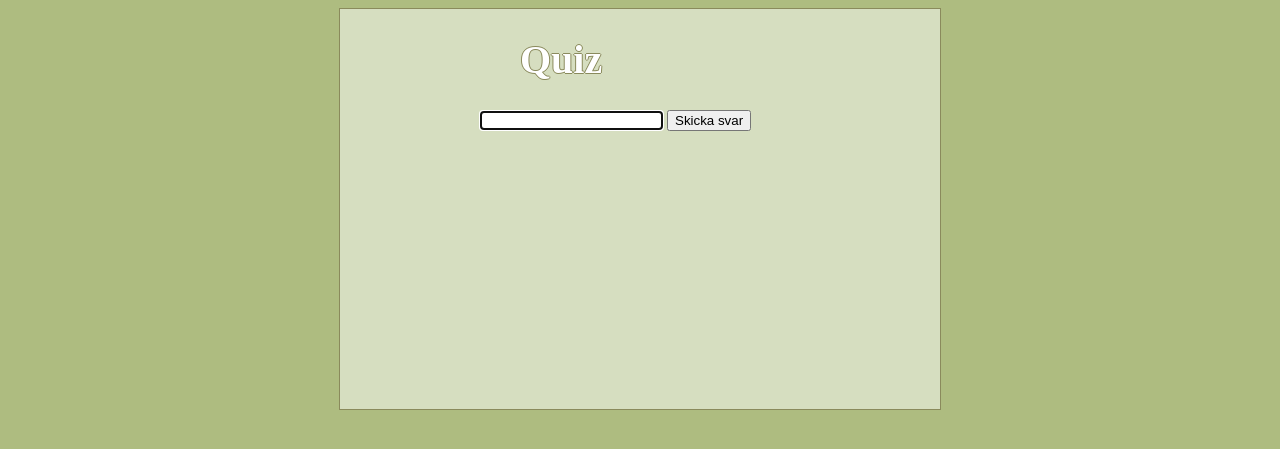
Repository: JuliaSivartsson/1dv403-jsigc09-laborationer
Page: 4-thequiz/index.html
The author's editor kept a record of every edit. The page is drawn from the files as they stood at one moment, then again after the next edit.
The browser window is 1280 px wide. The pictures show the whole page.
The page's requests for data from a server got no answer.

Above is the page before.

### 4-thequiz/index.html
<!DOCTYPE html>
<html>
    <head>
        <meta charset="UTF-8" />
        <link rel="stylesheet" type="text/css" href="css/style.css">
        <title>Quiz</title>
    </head>
    <body>
        <div id="content">
        <h1>Quiz</h1>
            <form>
                <input type="input" id="svar"></textarea>
                <input type="button" id="answerbutton" value="Skicka svar"/>
            </form>
            </div>
    <script src="js/script.js"></script>

    </body>
</html>

### 4-thequiz/css/style.css
body{
    background-color: #AEBC80;
       font-family: serif;
       color: #8A8A5C;
}

h1{
   color: #fff;
   margin-left: 180px;
   font-size: 40px;
    text-shadow: -1px 0 #8A8A5C, 0 1px #8A8A5C, 1px 0 #8A8A5C, 0 -1px #8A8A5C;
}

#content{
    width: 600px;
    height: 400px;
    margin: 0 auto;
    border: 1px solid #8A8A5C;
    background-color: #D6DEC0;

}

#text{
    width: 520px;
    height: 220px;
    background-color: #fff;
    margin: 10px 20px 0 40px;
}

#text p{
    font-size: 15px;
    margin: 0 30px;
    padding-top: 10px;
}


#svar{
    border: 1px solid #000;
    position: relative;
    margin-left: 140px;
}

footer{
    position: relative;
    top: -330px;
    width: 500px;
    height: 30px;
    margin: 0 auto;
}

footer p{
    font-size: 12px;
    font-style: italic;
    text-align: center;
}

.right{
    float: right;
    margin-right: 10px;
}

#answerbutton{

}

.popupWindow{
    text-align: center;
    height: 50px;
}

.wrongAnswer{
    margin: 0 auto;
    width: 200px;
    margin-bottom: 10px;
    text-align: center;
    color: #fff;
    background-color: #800000;
}

.scoreDiv{
    text-align: center;
    margin-bottom: 10px;
}

.awesome{
    text-align: center;
    background-color: #3D991F;
    width: 500px;
    margin: 0 auto;
    color: #fff;
    margin-bottom: 10px;
}

.hidden{
    display: none;
}

### 4-thequiz/js/script.js
"use strict";
window.onload = function(){
    new Quest();
};


function Quest(){
    this.nextURL;
    this.contentDiv = document.getElementById("content");
    this.questionArray;
    this.createHTML();
    this.init();

}

Quest.prototype.createHTML = function(){
        var div = document.createElement("div");
        div.id = "question";
        div.className = "popupWindow";
        this.contentDiv.appendChild(div);

        var wrongDiv = document.createElement("div");
        wrongDiv.id = "wrongAnswer";
        wrongDiv.className ="wrongAnswer";

        this.contentDiv.appendChild(wrongDiv);
};

Quest.prototype.init = function (){
    var count = 1;
    this.questionArray = [];
    document.getElementById("svar").focus();
    this.getQuestion("http://vhost3.lnu.se:20080/question/1", count);
};

Quest.prototype.getScore = function(){

    var div = document.createElement("div");
    this.contentDiv.appendChild(div);
    div.className = "scoreDiv";

    var awesomeDiv = document.createElement("div");
    awesomeDiv.className = "awesome";


    var number = 0;
    var score = 0;
    var arrayLength = this.questionArray.length;

        this.questionArray.forEach(function(entry){
            number++;
            div.innerHTML += div.innerHTML = "Fråga: "+number+ ", antal gissningar: "+entry.score+"</br>";
            score += entry.score;
        });

    if(score == arrayLength){
        awesomeDiv.innerHTML = "Du klarade alla frågor på ett försök! Awesome!";
        div.appendChild(awesomeDiv);
    }

    var button = document.getElementById("answerbutton");
    button.onclick = function(){
      return false;
    };


};

Quest.prototype.getQuestion = function (url, count){
    // Här hämtar vi fråga från servern samt skickar nextURL till sendQuestion()
    var that = this;
        var xhr = new XMLHttpRequest();

        xhr.onreadystatechange = function (){

        //Indikerar att vi har fått ett svar
        if(xhr.readyState === 4){
            if(xhr.status == 200){

                var div = document.getElementById("question");

                div.innerHTML = '';

                var question = JSON.parse(xhr.responseText);
                that.popup("Fråga: " + question.question);
                console.log(question.id);

                //that.addQuestion(question.question);
                var answer = document.getElementById("svar");
                var button = document.getElementById("answerbutton");
                answer.onkeypress = function(e){
                    if(e.keyCode == 13 && answer.value !== ""){
                    e.preventDefault();
                    that.sendQuestion(answer.value, question.nextURL, url, count);
                    }
                };
                button.onclick = function(){
                    if(answer.value === ""){
                        return false;
                    }

                       that.sendQuestion(answer.value, question.nextURL, url, count);
                };
            }
            else{
                console.log("Läsfel, status:"+xhr.status);
            }
        }

    };
      xhr.open("GET", url, true);
      xhr.send(null);
};

Quest.prototype.sendQuestion = function (answerInput, url, questionUrl, count){
    // Här skickar vi svaret till servern och skickar tillbaka ny fråga till getQuestion()
    var that = this;
        var xhr1 = new XMLHttpRequest();
        xhr1.onreadystatechange = function (){

            //Indikerar att vi har fått ett svar
            if(xhr1.readyState === 4){

            var answer = JSON.parse(xhr1.responseText);

                if(answer.message == "Correct answer!"){
                    var div = document.getElementById("wrongAnswer");
                    div.innerHTML = '';

                    that.saveScore(url, count);
                    count = 1;

                    if(answer.nextURL !== undefined){
                    that.getQuestion(answer.nextURL, count);
                    }
                    else{

                        that.popup("Grattis! Du har klarat alla frågor!");
                        that.getScore();
                    }
                }
                else if(answer.message === "Wrong answer! :("){
                    count++;

                    that.popupMessage(answer.message +" Try again!");
                    that.getQuestion(questionUrl, count);
                }
            }
        };

        var sendAnswer = JSON.stringify({answer: answerInput});
        xhr1.open("POST", url, true);
        xhr1.setRequestHeader('Content-Type', 'application/json');
        xhr1.send(sendAnswer);
};


Quest.prototype.saveScore = function(url, score){
    this.questionArray.push({
       url: url,
       score: score
    });

};

Quest.prototype.popup = function(text){
      // Popup meddelande

        var div = document.getElementById("question");

        div.innerHTML = text;
};

Quest.prototype.popupMessage = function(text){
      // Popup meddelande

        var div = document.getElementById("wrongAnswer");
        div.innerHTML = text;

};

After the next edit:
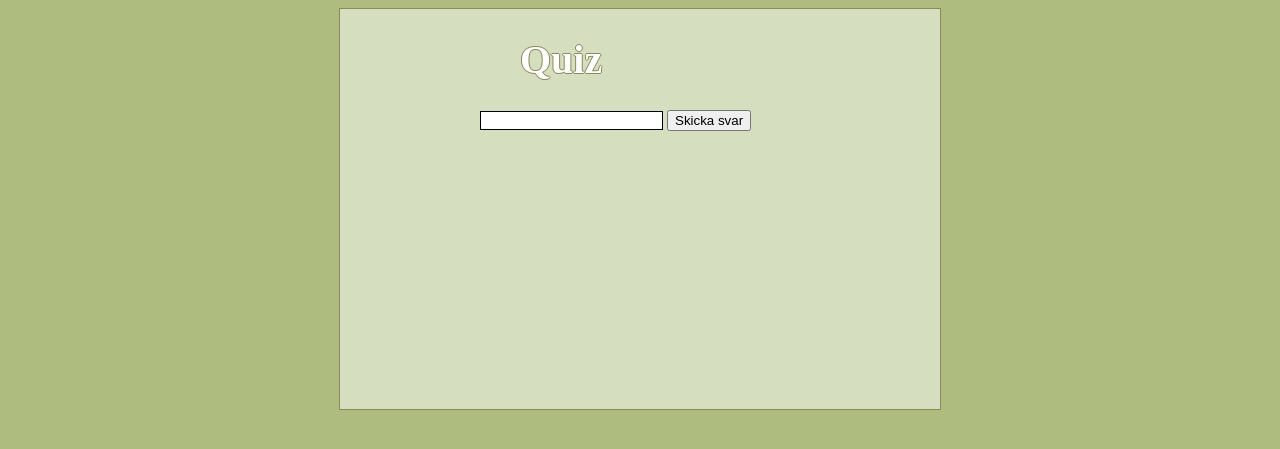
Console error: SyntaxError: Unexpected end of input
The edit:
--- a/4-thequiz/js/script.js
+++ b/4-thequiz/js/script.js
@@ -120,7 +120,7 @@
 
             //Indikerar att vi har fått ett svar
             if(xhr1.readyState === 4){
-
+                        if(xhr.status == 200){
             var answer = JSON.parse(xhr1.responseText);
 
                 if(answer.message == "Correct answer!"){

After the edit that followed:
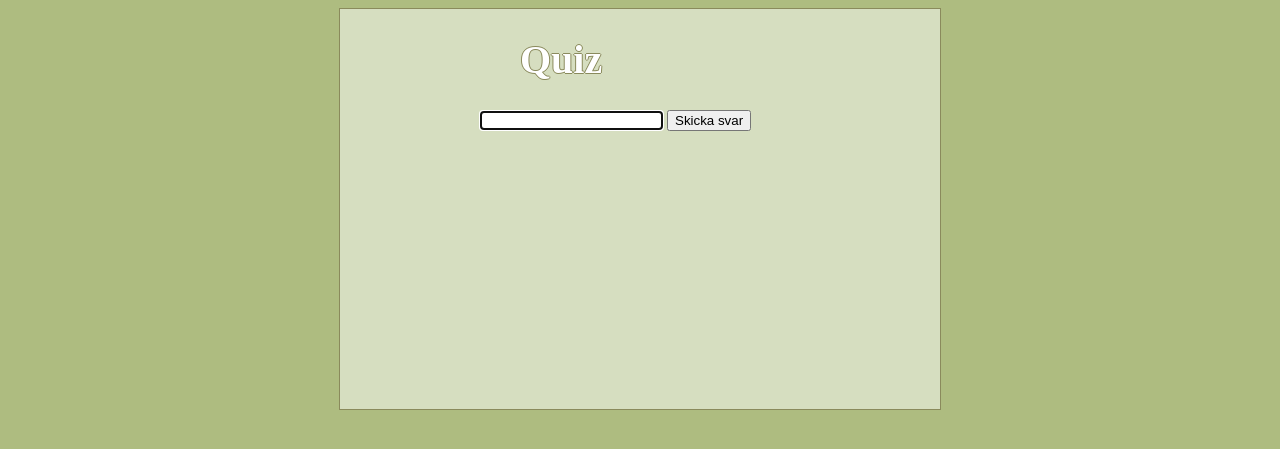
The error is gone.
The edit:
--- a/4-thequiz/js/script.js
+++ b/4-thequiz/js/script.js
@@ -146,6 +146,7 @@
                     that.getQuestion(questionUrl, count);
                 }
             }
+            }
         };
 
         var sendAnswer = JSON.stringify({answer: answerInput});
